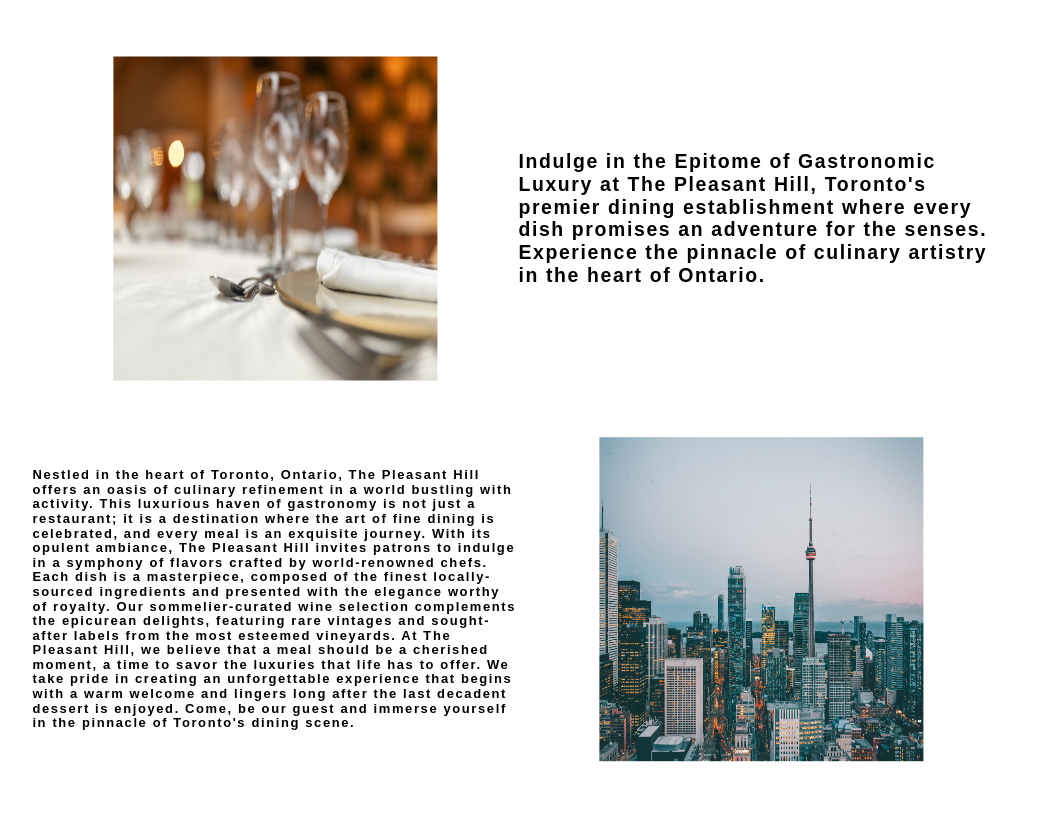
Repository: shayanabedi98/pleasant-hill-restaurant
Page: /
These files come from the project's save history. The page is drawn as it stood at one moment and after the next save; the edit follows.
The browser window is 1280 px wide. The pictures show the part of the page from y = 980 to 2390 px (the page is 1990 px tall before and 2390 px after), at 81% of full size.
Backgrounds fixed to the window are drawn as part of the page. Some web fonts or font styles are not loaded; a fallback is used. The project was rebuilt for these pictures with package versions that can differ from the ones it lists, and the page was loaded fresh each time. Also part of the build but not shown: vite.config.js, src/components/Contact.jsx, src/components/MenuList.jsx, src/components/Appetizers.jsx, src/components/Entrees.jsx, src/components/Desserts.jsx, src/components/Drinks.jsx, src/components/Menu.jsx and 1 more.

Above is the page before, as saved 2023-12-27 18:59:02.

After the next save:
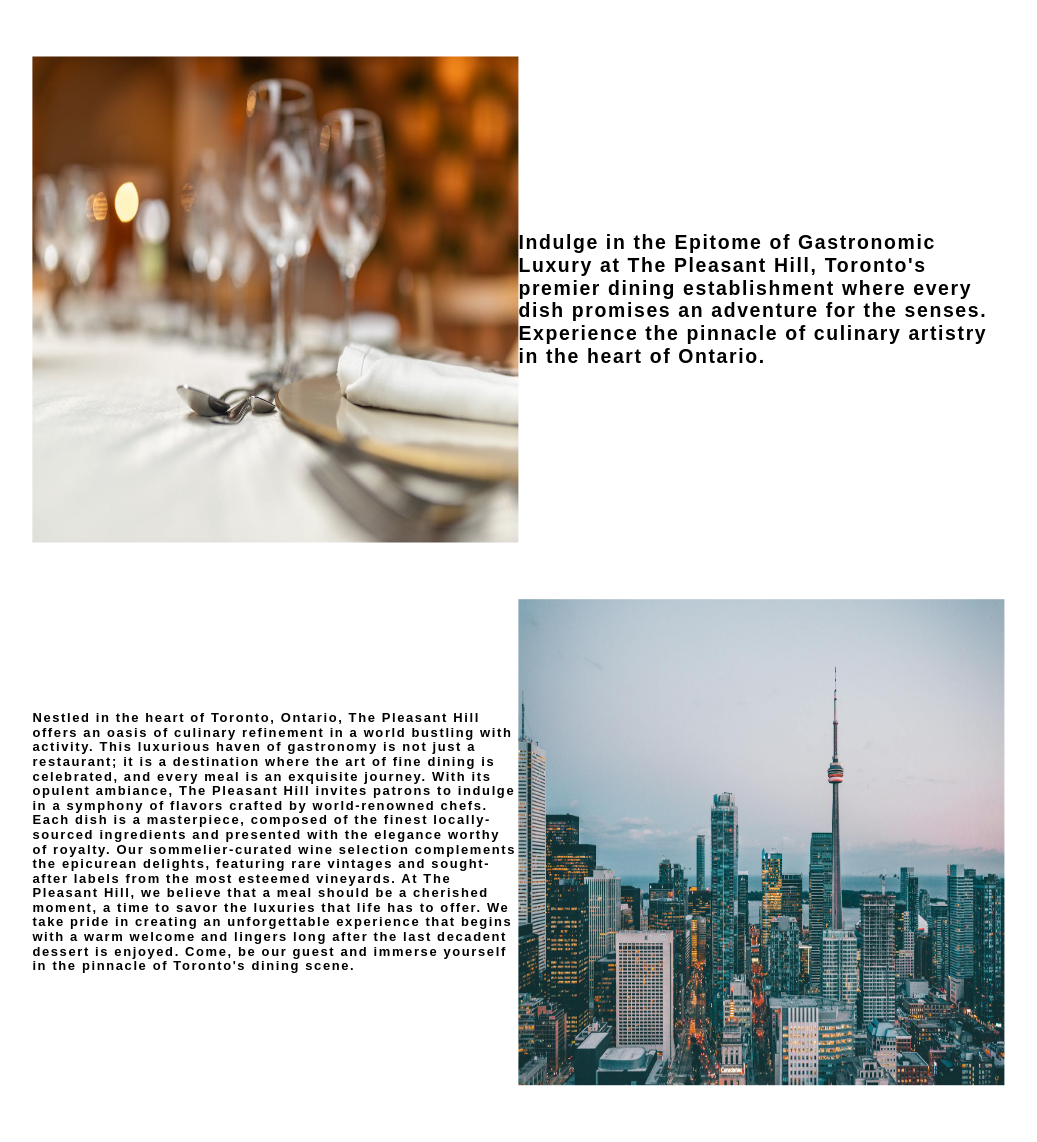
Saved 14 s later.
--- a/src/App.css
+++ b/src/App.css
@@ -94,8 +94,8 @@ body {
 }
 
 .about img {
-  height: 400px;
-  width: 400px;
+  height: 600px;
+  width: 600px;
 }
 
 .card-container {
